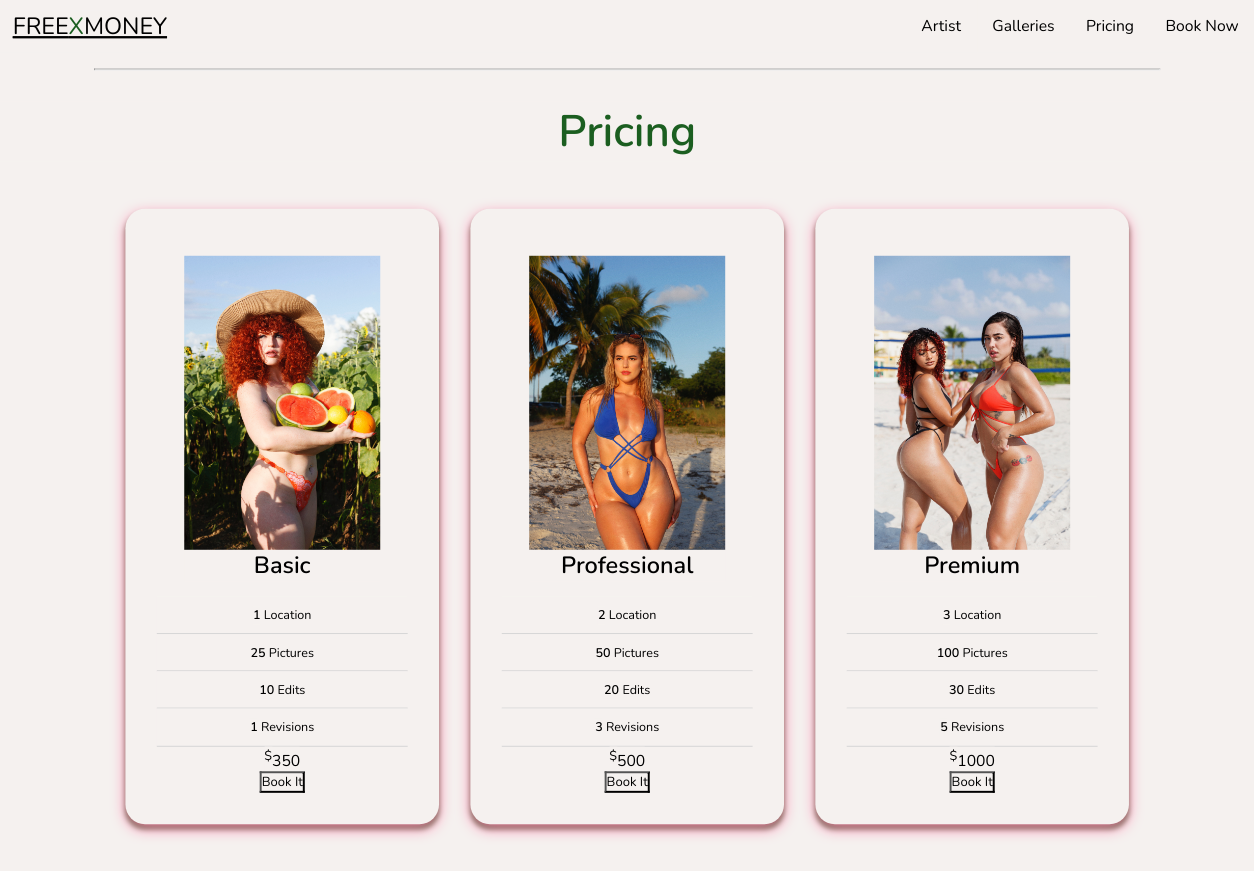
Repository: burntaftermint/freexmoney-draft
Page: price.html
The author's editor kept a copy of each file at every save. The page is drawn from the files as they stood at one save, then again after the next save.
The browser window is 1280 px wide. The pictures show the whole page, at 98% of full size.
Some web fonts or font styles are not loaded; a fallback is used.

Above is the page before, as saved 2024-06-11 02:12:09.

### price.html
<!DOCTYPE html>
<html lang="en">
<head>
    <meta charset="UTF-8">
    <meta http-equiv="X-UA-Compatible" content="IE=edge">
    <meta name="viewport" content="width=device-width, initial-scale=1.0">
    <script src="script.js" defer></script>
    <title>FREEXMONEY</title>
    <link rel="preconnect" href="https://fonts.googleapis.com">
    <link rel="preconnect" href="https://fonts.gstatic.com" crossorigin>
    <link href="https://fonts.googleapis.com/css2?family=Architects+Daughter&family=Kumbh+Sans:wght@400;700&family=Montserrat:ital,wght@0,100;0,200;0,300;0,400;0,500;0,600;0,700;0,800;0,900;1,100;1,200;1,300;1,400;1,500;1,600;1,700;1,800;1,900&family=Nunito:wght@300;400;500;600&family=Roboto:wght@300&family=Rubik:wght@400;500;600;700;800&family=Yantramanav:wght@500&display=swap" rel="stylesheet">
    <link rel="stylesheet" type="text/css" href="style.css">
</head>
<body>
    <nav class="navbar">
        <div class="nav-title">
            <a href="index.html">FREE<span>X</span>MONEY</a>
        </div>
        <a href="#" class="toggle-button">
            <span class="bar"></span>
            <span class="bar"></span>
            <span class="bar"></span>
        </a>
        <div class="navbar-links">
            <ul>
                <li><a href="artist.html">Artist</a></li>
                <li><a href="gallery.html">Galleries</a></li>
                <li><a href="pricing.html">Pricing</a></li>
                <li><a href="home.html">Book Now</a></li>
            </ul>
        </div>
    </nav>
    <hr>
    <h1 class="galleryh1">Pricing</h1>
    <section class="pricing">
        <div class="card-wrapper">
            <!-- card header -->
            <div class="card-header">
                <img src="images/2.JPG" alt="basic">
                <h2>Basic</h2>
            </div>
            <!-- card detail -->
            <div class="card-detail">
                <p><b>1</b> Location </p>
                <p><b>25</b> Pictures </p>
                <p><b>10</b> Edits </p>
                <p><b>1</b> Revisions </p>

            </div>
            <!-- card price -->
            <div class="card-price">
                <p><sup>$</sup>350</p>
            </div>
            <!-- button -->
            <button class="card-button">Book It</button>
        </div>

        <div class="card-wrapper">
            <!-- card header -->
            <div class="card-header">
                <img src="images/4.JPG" alt="basic">
                <h2>Professional</h2>
            </div>
            <!-- card detail -->
            <div class="card-detail">
                <p><b>2</b> Location </p>
                <p><b>50</b> Pictures </p>
                <p><b>20</b> Edits </p>
                <p><b>3</b> Revisions </p>

            </div>
            <!-- card price -->
            <div class="card-price">
                <p><sup>$</sup>500</p>
            </div>
            <!-- button -->
            <button class="card-button">Book It</button>
        </div>

        <div class="card-wrapper">
            <!-- card header -->
            <div class="card-header">
                <img src="images/11.JPG" alt="basic">
                <h2>Premium</h2>
            </div>
            <!-- card detail -->
            <div class="card-detail">
                <p><b>3</b> Location </p>
                <p><b>100</b> Pictures </p>
                <p><b>30</b> Edits </p>
                <p><b>5</b> Revisions </p>

            </div>
            <!-- card price -->
            <div class="card-price">
                <p><sup>$</sup>1000</p>
            </div>
            <!-- button -->
            <button class="card-button">Book It</button>
        </div>

    </section>

</body>
</html>

### style.css

* {
    margin: 0;
    padding: 0;
    box-sizing: border-box;
    font-family: 'Nunito', sans-serif;
    background-color: #f5f1ef;
}

.container {
    display: flex;
    flex-direction: column;
    justify-content: center;
    align-items: center;
    text-align: center;
    margin: 15px 20px 0 20px;
}

.social-links img {
    width: 50px;

    margin: 20px;
    cursor: pointer;
}

.social-links {
    text-align: center;
}

hr {
    margin: 1rem 6rem 0 6rem;
}


.container .heading {
    width: 50%;
    padding-bottom: 20px;
}

.container .heading h3 {
    font-size: 3em;
    font-weight: 400;
    border-bottom: 3px solid #1b5e20;

}

.container .heading h3 span {
    color: #1b5e20;
    font-weight: 600;
}

.container .box {
    display: flex;
    flex-direction: row;
    justify-content: space-between;

}

.container .box .row1 {
    display: flex;
    flex-direction: column;
    width: 32.5%;
}

.container .box .row1 img {
    width: 100%;
    padding-bottom: 10px;
    animation: fadeInUp 2s ease;
}

.container .box .row1 img:hover{
    opacity: 0.5;
    transition: 0.2s ease;

}

.container .btn {
    margin: 40px 0 70px 0;
    background: #1b5e20;
    padding: 15px 40px ;
    border-radius: 5px;
}


.container .btn a {
    text-decoration: none;
    background-color: transparent;
    color: #f5f5f5;
    font-weight: bolder;
    letter-spacing: 1px;
}

.container .heading a {
    text-decoration: none;
    color: black;
}
.container .heading a:hover {

    color: #f06292;
}

.container .btn a:hover {
    text-decoration: none;
    background-color: transparent;
    color: #f06292;
    font-weight: bolder;

}

/* gallery css */
.gallery-container {
    width: 100%;
    min-height: 100vh;
    display: flex;
    justify-content: center;
    align-items: center;
    padding: 0px 90px;
}

.gallery-content-section {
    display: flex;
    justify-content: center;
    align-items: center;
    text-align: center;
    animation: fadeInRight 2s ease;
}

.gallery-content-section .gallery-card {
    flex: 1;
    margin: 20px 20px;
    box-shadow: 0px 2px 8px 0px rgba(0,0,0,0.2);
    border-radius: 20px;
    box-shadow: 0 5px 14px #fa7fa8, 0 5px 5px #1b5e20;
}

.gallery-content-section .gallery-card:hover {
    transform: scale(1.2);
    cursor: pointer;
}

.gallery-content-section .gallery-card img {
    width: 100%;
    height: auto;
    border-radius: 5px;
}

.gallery-content-section .gallery-card h2 {
    margin: 15px 0px;
    font-size: 28px;
    color: #f06292;
}

.gallery-content-section .gallery-card p {
    font-size: 16px;
    line-height: 1.5;
    padding: 0px 10px;
    margin-bottom: 20px;
}

.galleryh1 {
    text-align: center;
    font-size: 45px;
    color: #1b5e20;
    margin-top: 2rem;
}

/* home css */

.hero {
    background-color: #f5f1ef;
    overflow: hidden;
}

.home-heading h1 {
    color: #1b5e20;
    font-size: 55px;
    text-align: center;
    margin-top: 35px;
    margin-bottom: -30px;
}

.hero-content p {
    font-size: 24px;
    line-height: 1.5;
    margin-bottom: 40px;
    color: rgb(39, 39, 39);
}

.hero-btn {
    display: inline-block;
    background-color: #1b5e20;
    margin-top: -20px;
    padding: 12px 24px;
    border-radius: 5px;
    font-size: 20px;
    border: none;
    cursor: pointer;
    transition: 0.3s ease;
    font-weight: bolder;
    letter-spacing: 1px;
}
.hero-btn a {

    text-decoration: none;
    background-color: transparent;
    color: #f5f5f5;
}
.hero-btn a:hover {

    color: #f06292;
}
.container_home {
    display: flex;
    justify-content: center;
    align-items: center;
    width: 90%;
    margin: 65px auto;
}
.hero-content {
    flex: 1;
    width: 600px;
    margin: 0px 25px;
    animation: fadeInUp 2s ease;
}
.hero-image {
    flex: 1;
    width: 600px;
    margin: auto;
    animation: fadeInRight 2s ease;
}

.hero-content h2 {
    color: #f06292;
    font-size: 38px;
    margin-bottom: 10px;
}

.hero img {
width: 100%;
height: auto;
border-radius: 10px;
}

/* navbar css */
.navbar {
    display: flex;
    justify-content: space-between;
    align-items: center;
    background-color: #f5f1ef;


}

.nav-title {
    background-color: transparent;
    text-decoration: underline;
}
.nav-title a{
    color: black;

}
.nav-title a:hover{
    color: #f06292;
}
.nav-title span{
    background-color: transparent;
    color: #1b5e20;
}

.navbar-links ul {
    margin: 0;
    padding: 0;
    display: flex;
}

.navbar-links li {
    list-style: none;

}

.navbar-links li a {
    text-decoration: none;
    color: black;
    padding: 1rem;
    display: block;



}

.navbar-links li a:hover{
    color: #f06292;
}
.nav-title {
    font-size: 1.5rem;
    margin: .5rem;
    padding-left: 5px;

}

.toggle-button {
    position: absolute;
    top: .75rem;
    right: 1rem;
    display: none;
    flex-direction: column;
    justify-content: space-between;
    width: 30px;
    height: 21px;
}

.toggle-button .bar {
    height: 3px;
    width: 100%;
    background-color: black;
    border-radius: 10px;
}

/* Pricing css */

.pricing {
    display: flex;
    justify-content: center;
    flex-wrap: wrap;
    width: 100%;
    padding: 2rem;
}

.card-header >img {
    width: 200px;
    display: block;
    margin: 0 auto;
}

.card-wrapper {
    display: flex;
    flex-direction: column;
    align-items: center;
    justify-content: center;
    width: 320px;
    height: auto;

    border-radius: 20px;
    box-shadow: 0 5px 14px #fa7fa8, 0 5px 5px #1b5e20;
    padding: 2rem;
    margin: 1rem;
    transition: all 0.2 ease-in;
}

.card-wrapper:hover {
    transform: scale(1.1);

}

.card-wrapper:hover .card-header> h2{
    transform: scale(1.1);
    color: #f06292;
    letter-spacing: 2;
}
.card-header {
    margin: 1rem;
    text-align: center;

}

.card-detail {
    width: 100%;
    text-align: center;
}

.card-detail > p {
    padding: 0.6rem 1.5rem;
    font-size: 0.8rem;
    border-bottom: 1px solid #d5d5d5;

}

.card-detail > p:hover {
    background-color: #fa7fa8;
}






.pricing-card li {
    background-color: #fa7fa8;
}
.pricing-card strong {
    background-color: #fa7fa8;
}
.pricing-card sup {
    background-color: #fa7fa8;
}

.price {
    background-color: #fa7fa8;
    font-size: 70px;
    color: #f5f1ef;
    margin: 40px 0;
    transition: .2s linear;
}

.price sup, .price span {
    font-size: 22px;
    font-weight: 700;
}









@media only screen and (max-width: 1000px) {
    .gallery-content-section {
        flex-direction: column;
    }

    .pricing-card {
        flex: 50%;

    }

    .pricing-card-header {
        font-size: 10.5px;
    }

    .price {
        font-size: 45px;
    }

    .pricing-card li {
        font-size: 15px;
    }



}




@media only screen and (max-width: 769px) {
    .container .box {
        flex-direction: column;
    }
    .container .box .row1 {
        width: 100%;
    }
    .home-heading h1 {
        font-size: 45px;
        margin-top: 30px;
    }

    .hero {
        margin: 0px;

    }
    .container_home {
        width: 100%;
        flex-direction: column;
        margin: 0px;
        padding: 0px 40px;

    }
    .hero-content {
        width: 100%;
        margin: 35px 0px;
    }
    .hero-content h2 {
        font-size: 30px;

    }
    .hero-content p {
        font-size: 18px;
        margin-bottom: 20px;
    }
    .hero-btn {
        font-size: 16px;
        padding: 8px 16px;

    }
    .hero-image {
        width: 100%;
    }

    .pricing-card {
        flex: 50%;

    }

    .pricing-card-header {
        font-size: 6px;
    }

    .price {
        font-size: 35px;
    }

    .pricing-card li {
        font-size: 15px;
    }


}






@media only screen and (max-width: 718px) {
    .container .heading {
        width: 100%;

    }

    .container .heading h3 {
        font-size: 2.5em;


    }
}

@media only screen and (max-width: 549px) {
    .toggle-button {
        display: flex;

    }
    .navbar-links {
        display: none;
        width: 100%;

    }
    .navbar {
        flex-direction: column;
        align-items: flex-start;
    }

    .navbar-links ul {
        width: 100%;
        flex-direction: column;
    }

    .navbar-links li {
        text-align: center;
    }

    .navbar-links li a {
        padding: .3rem .7rem;
    }

    .navbar-links.active {
        display: flex;
    }
}

@media only screen and (max-width: 510px) {
    .gallery-card {
        width: 150%;

    }
}

@media only screen and (max-width: 400px) {
    .pricingh1 {
        margin-bottom: -175px;
    }
}

@keyframes fadeInUp {
    0% {
        opacity: 0;
        transform: translateY(50px);
    }
    100% {
        opacity: 1;
        transform: translateY(0px);
    }
}


@keyframes fadeInRight {
    0% {
        opacity: 0;
        transform: translateX(-50px);
    }
    100% {
        opacity: 1;
        transform: translateX(0px);
    }
}

Loaded but not shown: script.js (common file)

After the next save:
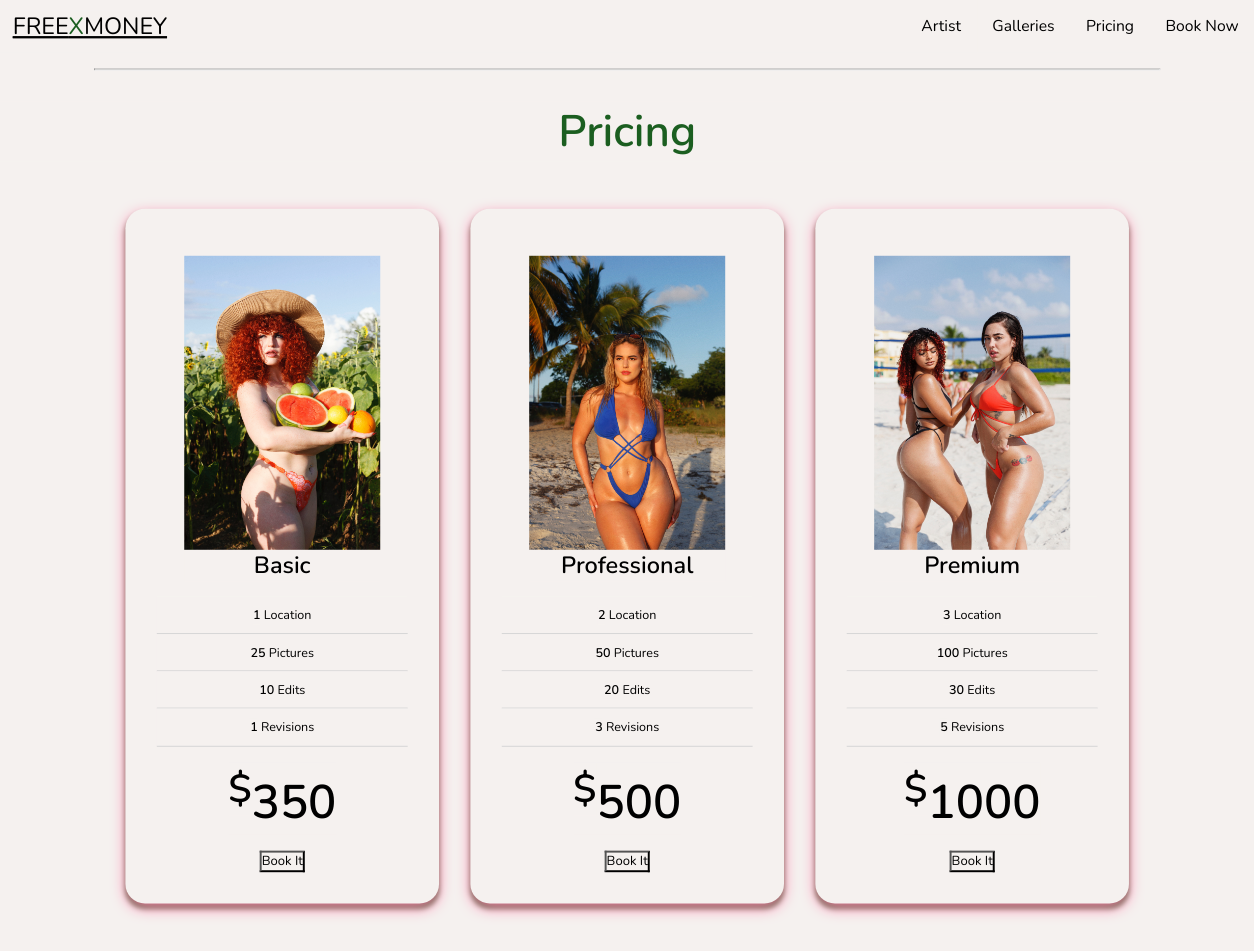
Saved 108 s later.
--- a/style.css
+++ b/style.css
@@ -375,10 +375,22 @@ border-radius: 10px;
 
 }
 
-.card-detail > p:hover {
-    background-color: #fa7fa8;
-}
-
+.card-price {
+    display: flex;
+    align-items: flex-start;
+    margin: 1rem;
+}
+
+.card-price > p {
+    font-size: 3rem;
+    font-weight: 800;
+
+}
+
+>card-price > p > sup,
+.card-price . p . sub {
+    font-size: 1rem;
+}
 
 
 
